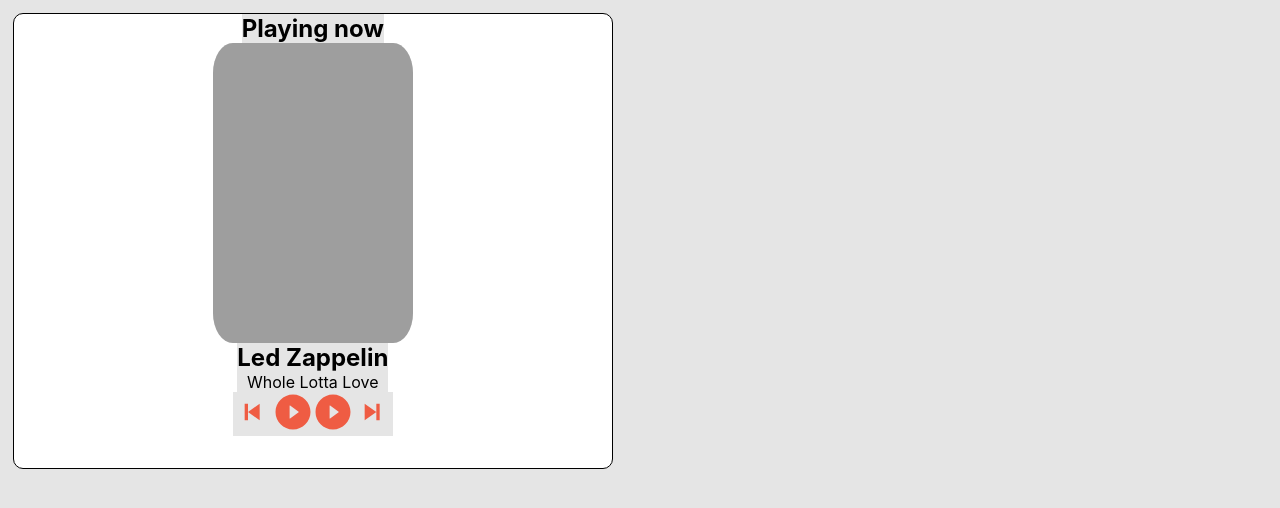
Repository: Sxcram02/playlist
Page: /
The author's editor kept a copy of each file at every save. The page is drawn from the files as they stood at one save, then again after the next save.
The browser window is 1280 px wide. The pictures show the whole page.
Pictures or frames that could not be fetched are drawn as grey boxes. The page's requests for data from a server got no answer. The project was rebuilt for these pictures with package versions that can differ from the ones it lists, and the page was loaded fresh each time. No one was signed in, and anything a server would have sent is missing.

Above is the page before, as saved 2023-02-22 18:56:50.

### src/index.js
import React from 'react';
import ReactDOM from 'react-dom/client';
import './index.css';
import App from './App';

const root = ReactDOM.createRoot(document.getElementById('root'));
root.render(
  <React.StrictMode>
    <App />
  </React.StrictMode>
);
// If you want to start measuring performance in your app, pass a function
// to log results (for example: reportWebVitals(console.log))
// or send to an analytics endpoint. Learn more: https://bit.ly/CRA-vitals

### src/App.js
import './App.css'
import { AiFillPlayCircle, AiFillPauseCircle } from 'react-icons/ai'
import { BiSkipNext, BiSkipPrevious } from 'react-icons/bi'
import { IconContext } from 'react-icons'
import { useState } from 'react'
import useSound from 'use-sound'

function App() {
  const [isPlaying, setIsPlaying] = useState(false)
  const [play,{pause, duration, sound}] = useSound("https://www.soundhelix.com/examples/mp3/SoundHelix-Song-1.mp3")

  const playingButton = () => {
    if(isPlaying){
      pause()
      setIsPlaying(false)
    } else {
      play()
      setIsPlaying(true)
    }
  }
  return (
    <div className="component">
      <h2>Playing now</h2>
      <img src="https://picsum.photos/200/300" alt="Imagen..." className="musicCover" />
      <div className="titleContainer">
        <h3 className="title">Led Zappelin</h3>
        <p className="subTitle">Whole Lotta Love</p>
      </div>
      <div>
        <button className="playButton">
          <IconContext.Provider value={{size:"3em", color:"#EF5C43"}}>
            <BiSkipPrevious />
          </IconContext.Provider>
        </button>
        {isPlaying ? (
          <button className="playButton">
            <IconContext.Provider value={{size:"3em", color:"#EF5C43"}}>
              <AiFillPauseCircle onClick={playingButton}/>
            </IconContext.Provider>
          </button>
        ) : (
          <button className="playButton">
            <IconContext.Provider value={{size:"3em", color:"#EF5C43"}}>
              <AiFillPlayCircle onClick={playingButton}/>
            </IconContext.Provider>
          </button>
        )}
        <button className="playButton">
          <IconContext.Provider value={{size:"3em", color:"#EF5C43"}}>
            <AiFillPlayCircle onClick={isPlaying}/>
          </IconContext.Provider>
        </button>
        <button className="playButton">
          <IconContext.Provider value={{size:"3em", color:"#EF5C43"}}>
            <BiSkipNext />
          </IconContext.Provider>
        </button>
      </div>
    </div>
  );
}

export default App;

### src/App.css
* {
    background-color: #e5e5e5;
    padding: 0;
    margin: 0;
    box-sizing: border-box;
    scroll-behavior: smooth;
}

.component {
    background-color: white;
    width: 50%;
    max-width: 600px;
    margin: 1%;
    padding-bottom: 2em;
    border: 0.1px solid black;
    border-radius: 10px;
    display: flex;
    flex-direction: column;
    align-items: center;
    justify-content: center;
}

.musicCover {
    border-radius: 10%;
}

.titleContainer {
    text-align: center;
}

.title {
    font-size: 24px;
    font-weight: 700;
}

/*.subTitle {
    margin-top: -1em;
    color: #4f4f4f;
}*/

.playButton {
    background: none;
    border: none;
    align-items: center;
    justify-content: center;
}

Loaded but not shown: public/index.html (common file); src/index.css (common file)

After the next save:
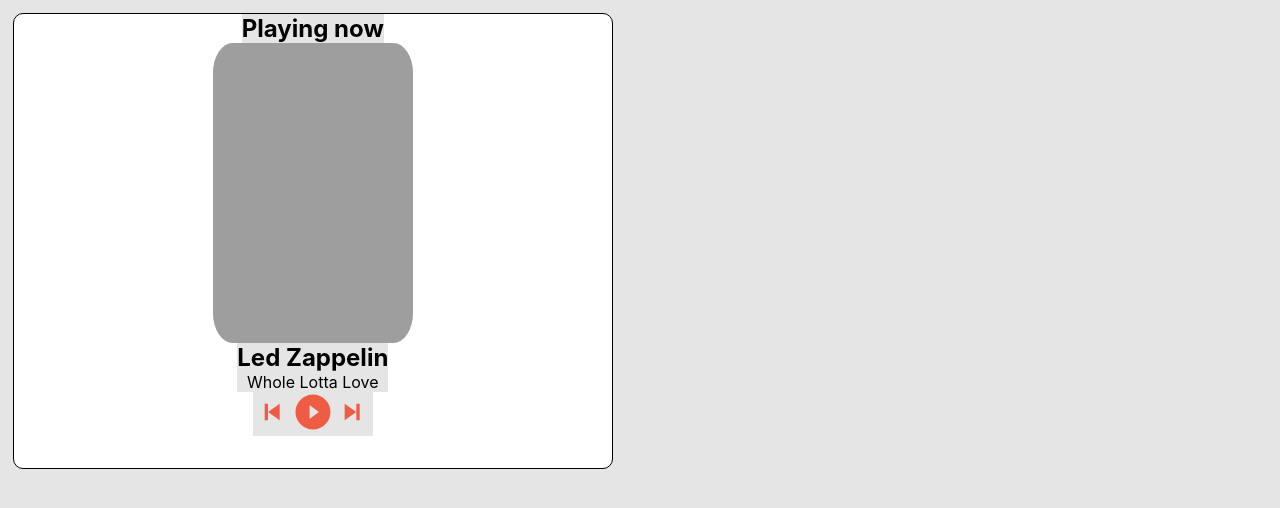
Saved 34 s later.
--- a/src/App.js
+++ b/src/App.js
@@ -47,11 +47,6 @@
         )}
         <button className="playButton">
           <IconContext.Provider value={{size:"3em", color:"#EF5C43"}}>
-            <AiFillPlayCircle onClick={isPlaying}/>
-          </IconContext.Provider>
-        </button>
-        <button className="playButton">
-          <IconContext.Provider value={{size:"3em", color:"#EF5C43"}}>
             <BiSkipNext />
           </IconContext.Provider>
         </button>
